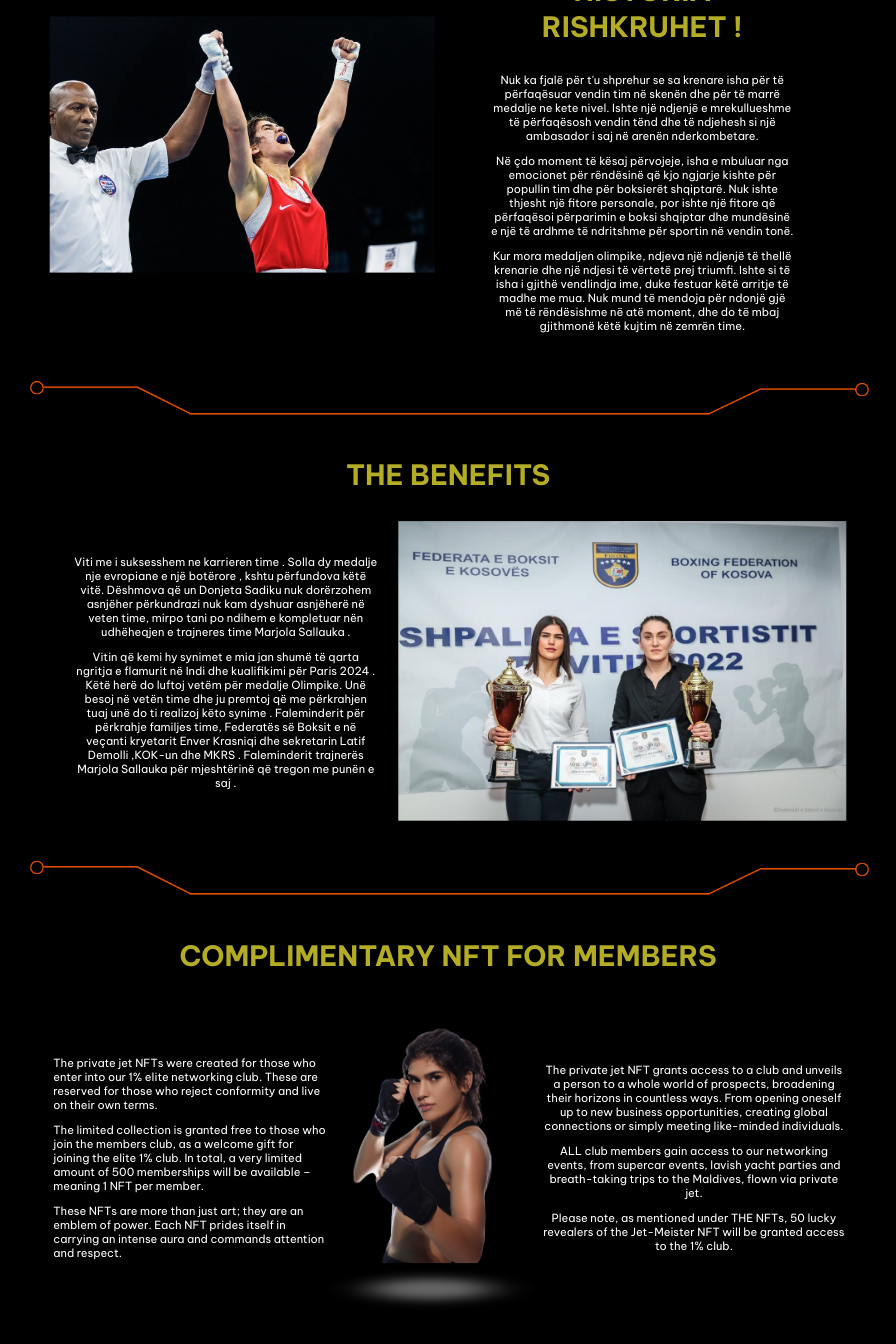
Repository: milot-morina/ds-boxing
Page: DS-Portfolio/index.html
An editor plug-in stored every save of this project. The page is shown before and after the next save, followed by the edit.
The browser window is 1280 px wide. The pictures show the part of the page from y = 789 to 2709 px (the page is 3892 px tall), at 70% of full size.
A picture or video elsewhere on the page could not be fetched, so the positions and the page height are approximate.

Above is the page before, as saved 2023-03-20 22:42:18.

After the next save:
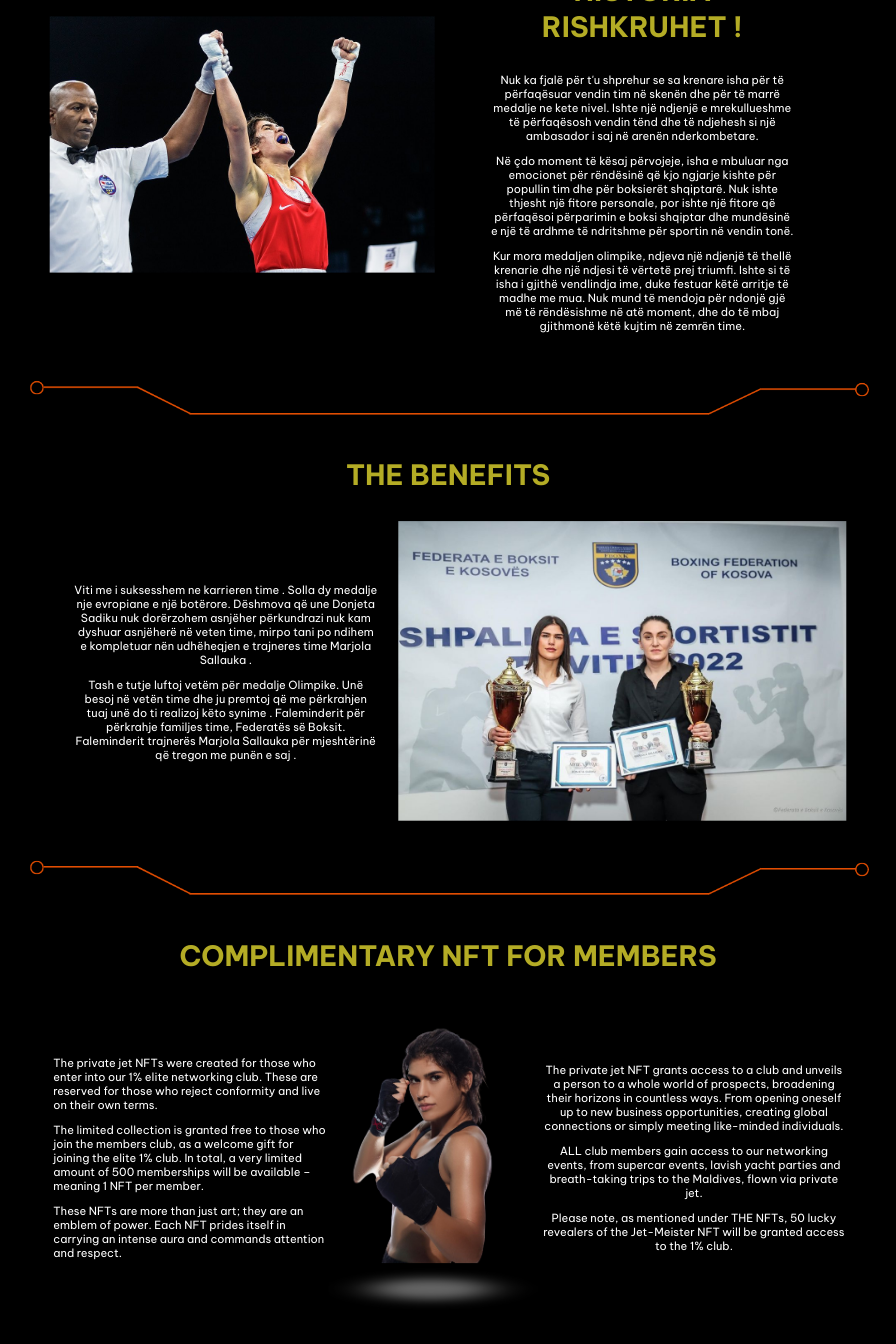
Saved 2 min 16 s later.
--- a/DS-Portfolio/index.html
+++ b/DS-Portfolio/index.html
@@ -73,8 +73,8 @@
     <p class="section-h">THE BENEFITS</p>
    <div class="row">
     <div class="text hidden2">
-      <p>Viti me i suksesshem ne karrieren time . Solla dy medalje nje evropiane e një botërore , kshtu përfundova këtë vitë. Dëshmova që un Donjeta Sadiku nuk dorërzohem asnjëher përkundrazi nuk kam dyshuar asnjëherë në veten time, mirpo tani po ndihem e kompletuar nën udhëheqjen e trajneres time Marjola Sallauka .</p>
-      <p>Vitin që kemi hy synimet e mia jan shumë të qarta ngritja e flamurit në Indi dhe kualifikimi për Paris 2024 . Këtë herë do luftoj vetëm për medalje Olimpike. Unë besoj në vetën time dhe ju premtoj që me përkrahjen tuaj unë do ti realizoj këto synime . Faleminderit për përkrahje familjes time, Federatës së Boksit e në veçanti kryetarit Enver Krasniqi dhe sekretarin Latif Demolli ,KOK-un dhe MKRS . Faleminderit trajnerës Marjola Sallauka për mjeshtërinë që tregon me punën e saj .</p>
+      <p>Viti me i suksesshem ne karrieren time . Solla dy medalje nje evropiane e një botërore. Dëshmova që une Donjeta Sadiku nuk dorërzohem asnjëher përkundrazi nuk kam dyshuar asnjëherë në veten time, mirpo tani po ndihem e kompletuar nën udhëheqjen e trajneres time Marjola Sallauka .</p>
+      <p>Tash e tutje luftoj vetëm për medalje Olimpike. Unë besoj në vetën time dhe ju premtoj që me përkrahjen tuaj unë do ti realizoj këto synime . Faleminderit për përkrahje familjes time, Federatës së Boksit. Faleminderit trajnerës Marjola Sallauka për mjeshtërinë që tregon me punën e saj .</p>
     </div>
     <div class="images hidden">
       <img src="DplusMar.jpg" alt="" style="max-width: 640px;">
